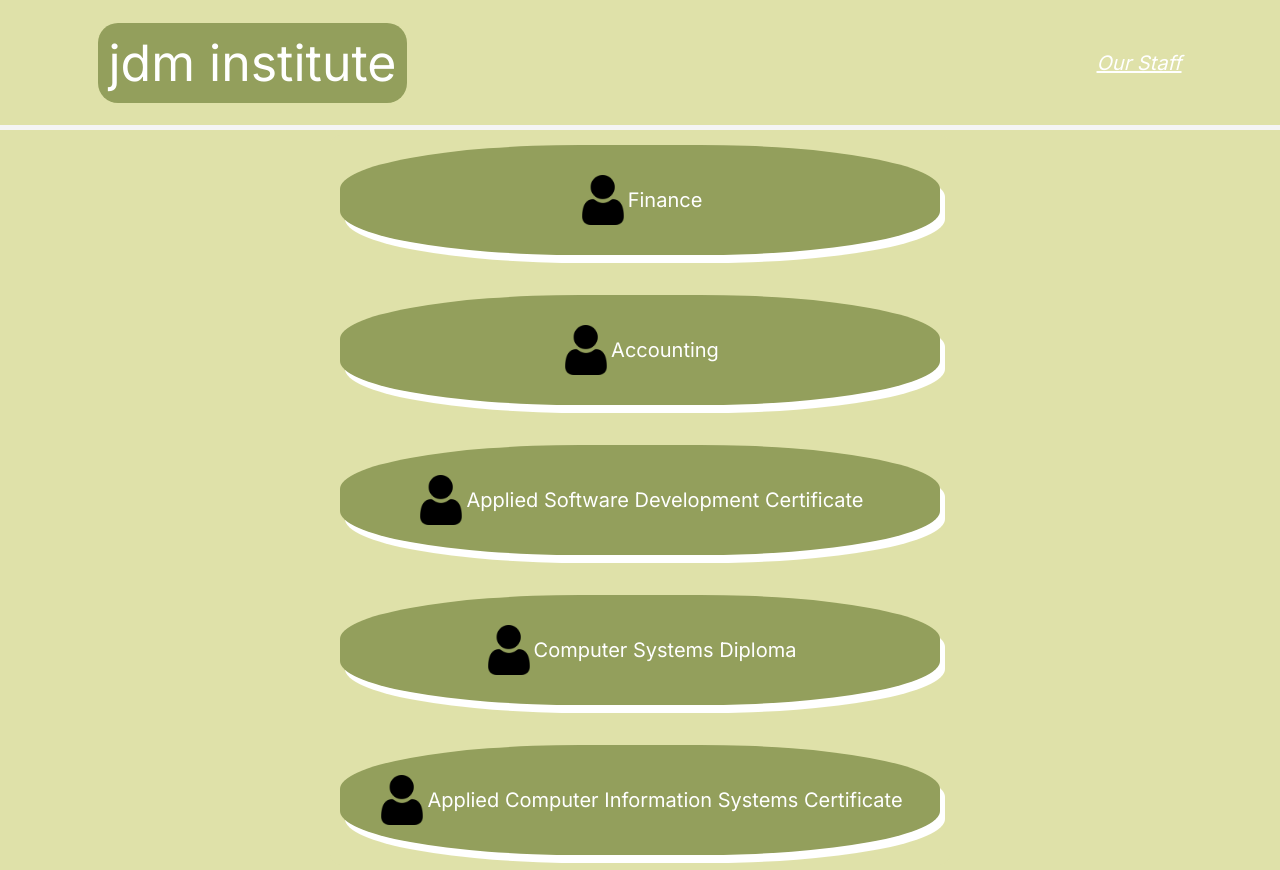
Repository: jennydmcm/class03practice
Page: /
The author's editor kept a copy of each file at every save. The page is drawn from the files as they stood at one save, then again after a run of saves.
The browser window is 1280 px wide. The pictures show the whole page.
The project was rebuilt for these pictures with package versions that can differ from the ones it lists, and the page was loaded fresh each time. The framework's server and built-in components were replaced by stand-ins that run in the browser. Also part of the build but not shown: next.config.js.

Above is the page before, as saved 2023-01-25 13:15:17.

### pages/index.js
import Head from 'next/head'
import Image from 'next/image'
import { Inter } from '@next/font/google'
import styles from '@/styles/Home.module.css'
import data from '../data/education.json'
import { useState } from 'react'
import Card from '@/components/Card/index'
import Link from 'next/link'


const inter = Inter({ subsets: ['latin'] })

export default function Home() {
  const [information, setInformation] = useState([...data])

  return (
    <>
      <Head>
        <title>JDM Institute</title>
        <meta name="description" content="Generated by create next app" />
        <meta name="viewport" content="width=device-width, initial-scale=1" />
        <link rel="icon" href="/favicon.ico" />
      </Head>
      <main className={styles.main}>
        <div className={styles.navbar}>
          <div className={styles.navtitle}>jdm institute</div>
          <div className={styles.navbutton}>
            <Link className={styles.link} href="about">Our Staff</Link>
          </div>
        </div>

      <div className={styles.cards}>
        {
          information && information.map((info, index) => {
            if(info.department.toLowerCase() === "business"){
              return (
                <Card
                  key={index}
                  degree={info.degree}
                  gpa={info.gpa}
                  colourCard="#FAC9B8"
                  colourInfo="#3FAC9B8"
                  font="50px"
                  fontColour="#132A13"

                />
              )
            }
          })
        }

        {
          information && information.map((info, index) => {
            if(info.department.toLowerCase() === "computing"){
              return (
                <Card
                  key={index}
                  degree={info.degree}
                  gpa={info.gpa}
                  colourCard="#FAC9B8"
                  colourInfo="#FAC9B8"
                  font="50px"
                  fontColour="#132A13"

                />
              )
            }
          })
        }
        </div>
      </main>
    </>
  )
      }

### styles/Home.module.css
.main {
  display: flex;
  flex-direction: column;
  justify-content: space-between;
  align-items: center;
  background-color: #DFE1A9;
}



.navbar{
  display: flex;
  flex-direction: row;
  width: 100%;
  height: 130px;
  background-color: #DFE1A9;
  justify-content: center;
  align-items: center;
  border-bottom: 5px solid whitesmoke;


}

.navtitle{
  font-size: 50px;
  font-weight: light;
  font-family: 'Inter';
  color: white;
  padding: 1rem;
  display: flex;
  background-color: #939F5C;
  border-radius: 20px;
  padding: 10px;
}
.link{
  font-size: 20px;
  font-family: 'Inter';
  color: white;
  font-style: italic;
  text-decoration: underline;
  padding-left: 690px;
}
.link:hover{
  color: black;
}


.cards{
  display: flex;
  flex-direction: column;
  align-items: center;
  margin: 5px;
  gap: 20px;
  min-height: 100vh;
  background-color: #DFE1A9;
  justify-content: space-between;
  font-family: 'Inter';
  border-radius: 10px;
  color: white;
  font-weight: lighter;
}


.description {
  display: inherit;
  justify-content: inherit;
  align-items: inherit;
  font-size: 1rem;
  max-width: var(--max-width);
  width: 100%;
  z-index: 2;
  font-family: var(--font-mono);
}

.description a {
  display: flex;
  justify-content: center;
  align-items: center;
  gap: 1rem;
}

.description p {
  position: relative;
  margin: 0;
  padding: 1rem;
  background-color: rgba(var(--callout-rgb), 0.5);
  border: 1px solid rgba(var(--callout-border-rgb), 0.3);
  border-radius: var(--border-radius);
}

.code {
  font-weight: 700;
  font-family: var(--font-mono);
}

.grid {
  display: grid;
  grid-template-columns: repeat(4, minmax(25%, auto));
  width: var(--max-width);
  max-width: 100%;
}

.card {
  padding: 1rem 1.2rem;
  border-radius: var(--border-radius);
  background: rgba(var(--card-rgb), 0);
  border: 1px solid rgba(var(--card-border-rgb), 0);
  transition: background 200ms, border 200ms;
}

.card span {
  display: inline-block;
  transition: transform 200ms;
}

.card h2 {
  font-weight: 600;
  margin-bottom: 0.7rem;
}

.card p {
  margin: 0;
  opacity: 0.6;
  font-size: 0.9rem;
  line-height: 1.5;
  max-width: 30ch;
}

.center {
  display: flex;
  justify-content: center;
  align-items: center;
  position: relative;
  padding: 4rem 0;
}

.center::before {
  background: var(--secondary-glow);
  border-radius: 50%;
  width: 480px;
  height: 360px;
  margin-left: -400px;
}

.center::after {
  background: var(--primary-glow);
  width: 240px;
  height: 180px;
  z-index: -1;
}

.center::before,
.center::after {
  content: '';
  left: 50%;
  position: absolute;
  filter: blur(45px);
  transform: translateZ(0);
}

.logo,
.thirteen {
  position: relative;
}

.thirteen {
  display: flex;
  justify-content: center;
  align-items: center;
  width: 75px;
  height: 75px;
  padding: 25px 10px;
  margin-left: 16px;
  transform: translateZ(0);
  border-radius: var(--border-radius);
  overflow: hidden;
  box-shadow: 0px 2px 8px -1px #0000001a;
}

.thirteen::before,
.thirteen::after {
  content: '';
  position: absolute;
  z-index: -1;
}

/* Conic Gradient Animation */
.thirteen::before {
  animation: 6s rotate linear infinite;
  width: 200%;
  height: 200%;
  background: var(--tile-border);
}

/* Inner Square */
.thirteen::after {
  inset: 0;
  padding: 1px;
  border-radius: var(--border-radius);
  background: linear-gradient(
    to bottom right,
    rgba(var(--tile-start-rgb), 1),
    rgba(var(--tile-end-rgb), 1)
  );
  background-clip: content-box;
}

/* Enable hover only on non-touch devices */
@media (hover: hover) and (pointer: fine) {
  .card:hover {
    background: rgba(var(--card-rgb), 0.1);
    border: 1px solid rgba(var(--card-border-rgb), 0.15);
  }

  .card:hover span {
    transform: translateX(4px);
  }
}

@media (prefers-reduced-motion) {
  .thirteen::before {
    animation: none;
  }

  .card:hover span {
    transform: none;
  }
}

/* Mobile */
@media (max-width: 700px) {
  .content {
    padding: 4rem;
  }

  .grid {
    grid-template-columns: 1fr;
    margin-bottom: 120px;
    max-width: 320px;
    text-align: center;
  }

  .card {
    padding: 1rem 2.5rem;
  }

  .card h2 {
    margin-bottom: 0.5rem;
  }

  .center {
    padding: 8rem 0 6rem;
  }

  .center::before {
    transform: none;
    height: 300px;
  }

  .description {
    font-size: 0.8rem;
  }

  .description a {
    padding: 1rem;
  }

  .description p,
  .description div {
    display: flex;
    justify-content: center;
    position: fixed;
    width: 100%;
  }

  .description p {
    align-items: center;
    inset: 0 0 auto;
    padding: 2rem 1rem 1.4rem;
    border-radius: 0;
    border: none;
    border-bottom: 1px solid rgba(var(--callout-border-rgb), 0.25);
    background: linear-gradient(
      to bottom,
      rgba(var(--background-start-rgb), 1),
      rgba(var(--callout-rgb), 0.5)
    );
    background-clip: padding-box;
    backdrop-filter: blur(24px);
  }

  .description div {
    align-items: flex-end;
    pointer-events: none;
    inset: auto 0 0;
    padding: 2rem;
    height: 200px;
    background: linear-gradient(
      to bottom,
      transparent 0%,
      rgb(var(--background-end-rgb)) 40%
    );
    z-index: 1;
  }
}

/* Tablet and Smaller Desktop */
@media (min-width: 701px) and (max-width: 1120px) {
  .grid {
    grid-template-columns: repeat(2, 50%);
  }
}

@media (prefers-color-scheme: dark) {
  .vercelLogo {
    filter: invert(1);
  }

  .logo,
  .thirteen img {
    filter: invert(1) drop-shadow(0 0 0.3rem #ffffff70);
  }
}

@keyframes rotate {
  from {
    transform: rotate(360deg);
  }
  to {
    transform: rotate(0deg);
  }
}

### data/education.json
[
        {
            "studentNumber": "A0004567",
            "firstName": "Person 1",
            "gpa": 3.8,
            "department": "Business",
            "degree": "Finance",
            "graduated": 2014
        },
        {
            "studentNumber": "A0001234",
            "firstName": "Person 2",
            "gpa": 3.5,
            "department": "Business",
            "degree": "Accounting",
            "graduated": 2010
        },
        {
            "studentNumber": "A0007890",
            "firstName": "Person 3",
            "gpa": 3.2,
            "department": "Computing",
            "degree": "Applied Software Development Certificate",
            "graduated": 2018
        },
        {
            "studentNumber": "A0007828",
            "firstName": "Person 4",
            "gpa": 3.9,
            "department": "Computing",
            "degree": "Computer Systems Diploma",
            "graduted": 2021
        },
        {
            "studentNumber": "A0003425",
            "firstName": "Person 5",
            "gpa": 3.2,
            "department": "Computing",
            "degree": "Applied Computer Information Systems Certificate",
            "graduated": 2021
        }
]

### components/Card/index.js
export default function Card({
    degree="none",
    colour="#939F5C",
    font="0",
    image="icon/personTwo.png",

}) {
    return(
        <div style={{
            backgroundColor: colour,
            fontSize:"20px",
            padding:"30px",
            borderRadius:"40%",
            display:"flex",
            flexDirection:"row",
            justifyContent:"center",
            alignItems:"center",
            margin:"10px",
            width:"600px",
            fontWeight:"bolder",
            boxShadow:"5px 8px"






            }}>
            {
                colour === "#94778B" ?    <img src={'icon/person.png'} width='50'/> :
                colour === "#94778B" ?   <img src={'icon/personThree.png'} width='50' /> :
                                    <img src={image} width='50'/>
            }
            {degree}
        </div>
    )
}

Loaded but not shown: pages/_app.js (common file); pages/_document.js (common file); styles/globals.css (common file)

After the next 2 saves:
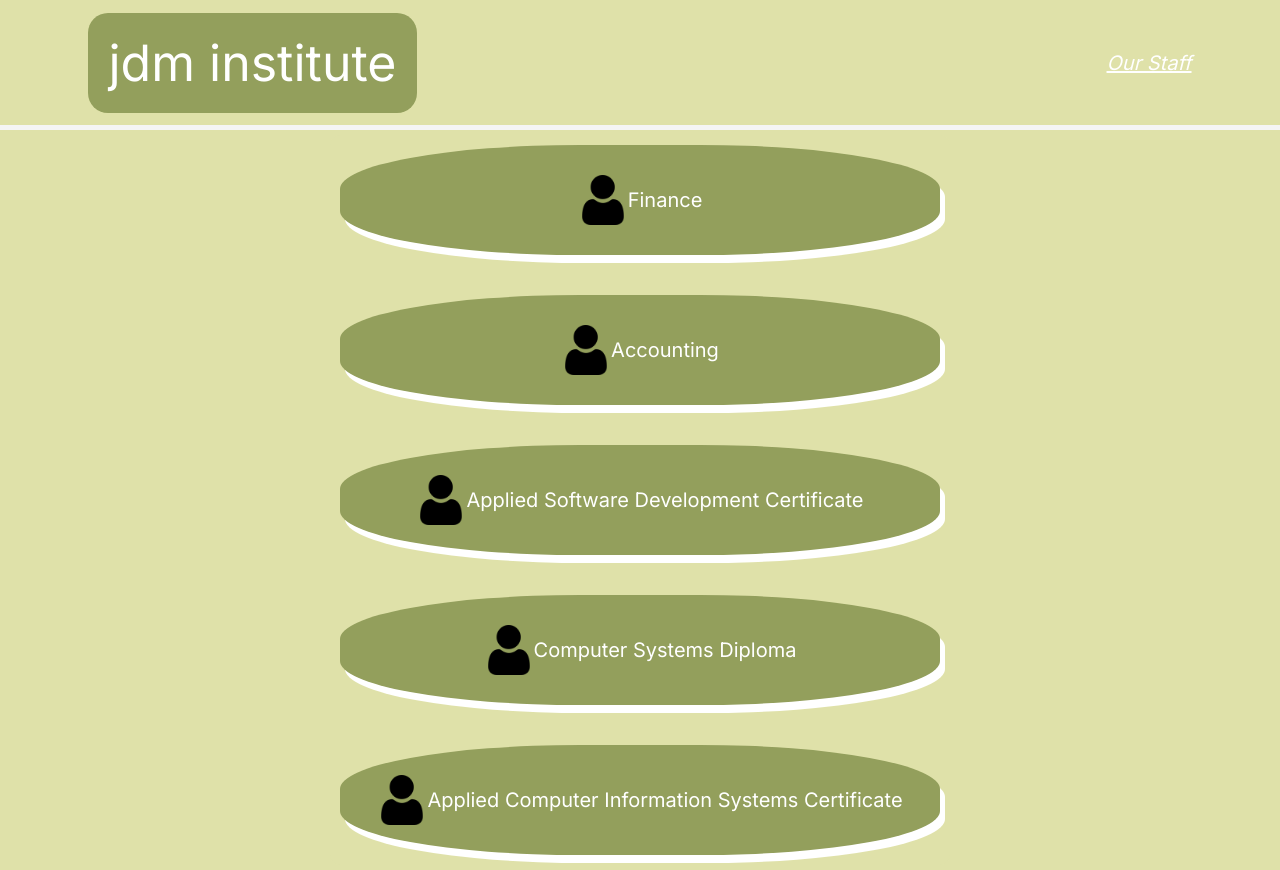
The 2 saves are shown as one change because they came seconds apart.
The last was saved 8 s later.
--- a/styles/Home.module.css
+++ b/styles/Home.module.css
@@ -30,7 +30,7 @@
   display: flex;
   background-color: #939F5C;
   border-radius: 20px;
-  padding: 10px;
+  padding: 20px;
 }
 .link{
   font-size: 20px;
